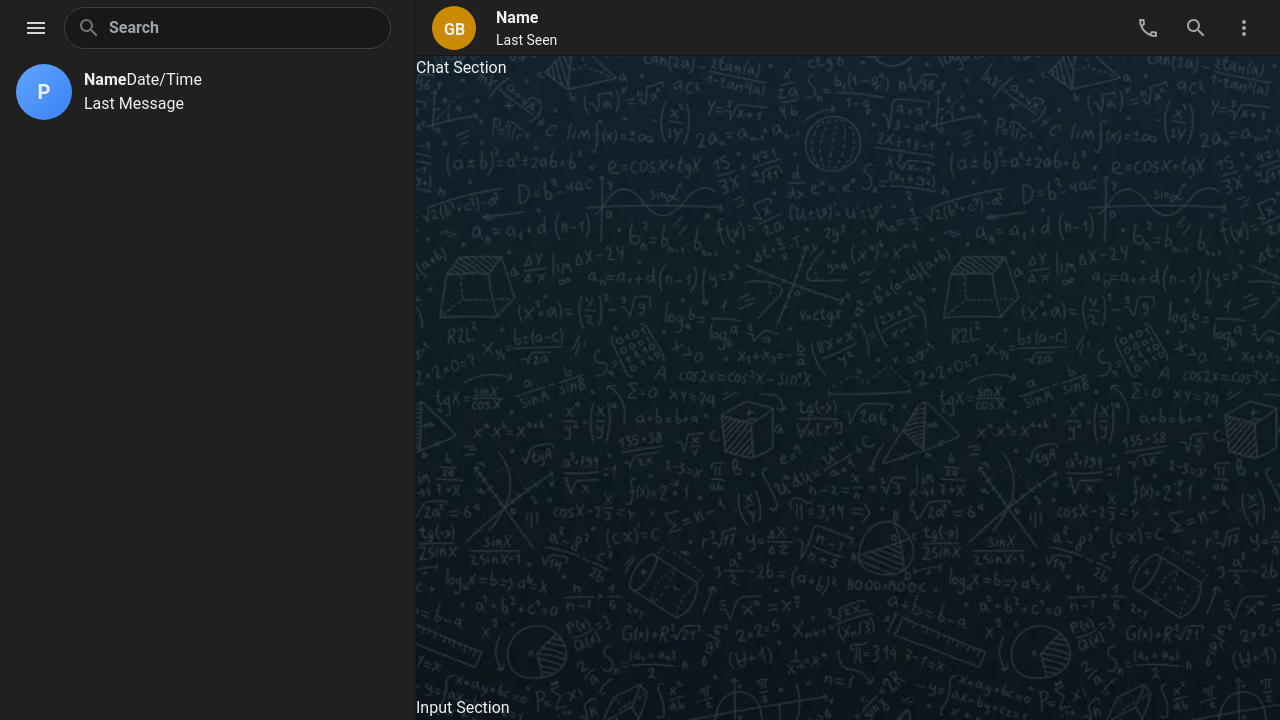
Repository: Qu4ntumGuy/telegram-clone
Page: /
An editor plug-in stored every save of this project. The page is shown before and after the next save, followed by the edit.
The browser window is 1280 px wide. The pictures show the whole page.
The page's requests for data from a server got no answer. The project was rebuilt for these pictures with package versions that can differ from the ones it lists, and the page was loaded fresh each time. No one was signed in, and anything a server would have sent is missing. Also part of the build but not shown: src/Pages/ChatPage.js/ChatPage.js.

Above is the page before, as saved 2024-07-15 13:50:12.

### src/index.css
@tailwind base;
@tailwind components;
@tailwind utilities;

:root {
  font-family: "Roboto", sans-serif;
  color-scheme: light;
  body {
    @apply bg-[#181818] text-[#f0f0f0];
  }
}
/*
:root {
  @apply bg-[#181818];
} */

### src/App.js
import { Routes, BrowserRouter, Route } from "react-router-dom";
import Sidebar from "./Components/Sidebar";
import Home from "./Pages/Home/Home";
import ChatPage from "./Pages/ChatPage.js/ChatPage";

function App() {
  return (
    <div className="flex max-w-[105rem] mx-auto">
      <Sidebar />
      <BrowserRouter>
        <Routes>
          <Route path="/" element={<Home />} />
          <Route path="/k/:id" element={<ChatPage />} />
        </Routes>
      </BrowserRouter>
      {/* <Home /> */}
    </div>
  );
}

export default App;

### src/Components/Sidebar.js
import React, { useEffect, useRef, useState } from "react";
import MenuIcon from "@mui/icons-material/Menu";
import SearchIcon from "@mui/icons-material/Search";
import axios from "axios";
import Chat from "./Chat";

function Sidebar() {
  const [page, setPage] = useState(1);
  const [channels, setChannels] = useState([]);
  const fetchChannels = async () => {
    try {
      const res = await axios.get(
        `https://devapi.beyondchats.com/api/get_all_chats?page=${page}`,
        {
          headers: {
            Accept: "application/json",
          },
        }
      );
      //   console.log(res);
      setChannels(res.data.data.data);
      console.log(res.data.data.data);
    } catch (error) {
      console.log(error);
    }
  };

  function formatString(str) {
    str = str.trim();
    const words = str.split(/\s+/);
    if (words.length === 1) {
      return words[0].charAt(0).toUpperCase();
    } else if (words.length === 2) {
      return (
        words[0].charAt(0).toUpperCase() + words[1].charAt(0).toUpperCase()
      );
    } else {
      return (
        words[0].charAt(0).toUpperCase() +
        words[words.length - 1].charAt(0).toUpperCase()
      );
    }
  }

  useEffect(() => {
    fetchChannels();
  }, []);

  const ref = useRef();
  return (
    <div className="w-full md:max-w-[26rem] bg-[#202020] border-r border-[#181818] h-screen">
      <div className="flex items-center justify-start px-4 h-14 w-full">
        <div className="px-2 text-stone-300">
          <MenuIcon />
        </div>

        <div className="flex items-center justify-start border text-stone-500 w-full px-3 mx-2 border-stone-700 rounded-full p-2 bg-[#181818]">
          <div className="w-auto">
            <SearchIcon />
          </div>
          <form className="w-full text-white font-semibold">
            <input
              className=" w-full bg-inherit pl-2 focus:outline-none"
              placeholder="Search"
            />
            <div className="w-full bg-inherit pl-2"></div>
          </form>
        </div>
      </div>
      <div className=" overflow-y-auto">
        <Chat />
      </div>
    </div>
  );
}

export default Sidebar;

### src/Pages/Home/Home.js
import React from "react";
import backgroundImage from "../../Assets/Desktop.webp";
import Topbar from "../../Components/Topbar";

function Home() {
  const image =
    "https://blog.1a23.com/wp-content/uploads/sites/2/2020/02/pattern_02-150x150.png";

  //   const divStyle = {
  //     width: "100%",
  //     height: "100vh", // Adjust the height as needed
  //     backgroundImage: `url(${backgroundImage})`,
  //     backgroundSize: "cover", // Ensures the image covers the entire div
  //     backgroundPosition: "center", // Centers the image
  //   };
  return (
    <div
      className="md:flex flex-col justify-center bg-cover h-screen hidden md:w-full "
      style={{ backgroundImage: `url(${backgroundImage})` }}
    >
      <div className="top-0 mb-auto h-14 bg-[#202020] border-b border-[#181818]">
        <Topbar />
      </div>
      <div className="flex flex-col h-full">
        <div className="top-0">Chat Section</div>
        <div className="bottom-0 mt-auto">Input Section</div>
      </div>
    </div>
  );
}

export default Home;

### src/Components/Chat.js
import React from "react";

function Chat({ name, profile }) {
  return (
    <div className="flex items-center hover:bg-stone-700 hover:bg-opacity-30 p-2 mx-2 rounded-lg">
      <div className="flex justify-center items-center text-xl font-semibold bg-gradient-to-br from-blue-400 rounded-full w-14 h-14 to-blue-500">
        P
      </div>
      <div className="flex flex-col ml-3">
        <div className="flex">
          <div className="font-semibold w-full">Name</div>
          <div>Date/Time</div>
        </div>
        <div>Last Message</div>
      </div>
    </div>
  );
}

export default Chat;

### src/Components/Topbar.js
import React from "react";
import CallOutlinedIcon from "@mui/icons-material/CallOutlined";
import SearchIcon from "@mui/icons-material/Search";
import MoreVertIcon from "@mui/icons-material/MoreVert";

function Topbar() {
  return (
    <div className="flex px-4 h-14">
      <div className="flex-1 flex items-center">
        <div className="bg-yellow-600 p-3 rounded-full h-11 w-11 text-center align-middle font-bold">
          <div className="text-center align-middle">GB</div>
        </div>
        <div className="flex flex-col pl-5 w-full">
          <div className="font-semibold">Name</div>
          <div className="text-sm"> Last Seen</div>
        </div>
      </div>
      <div className="flex items-center space-x-2 font-bold pl-3 text-stone-400">
        <div className=" rounded-full cursor-pointer hover:bg-stone-700 hover:bg-opacity-30 p-2">
          <CallOutlinedIcon />
        </div>
        <div className=" rounded-full cursor-pointer hover:bg-stone-700 hover:bg-opacity-30 p-2">
          <SearchIcon />
        </div>
        <div className=" rounded-full cursor-pointer hover:bg-stone-700 hover:bg-opacity-30 p-2">
          <MoreVertIcon />
        </div>
      </div>
    </div>
  );
}

export default Topbar;

Loaded but not shown: public/index.html (common file); src/index.js (common file); src/reportWebVitals.js (common file); tailwind.config.js (common file)

After the next save:
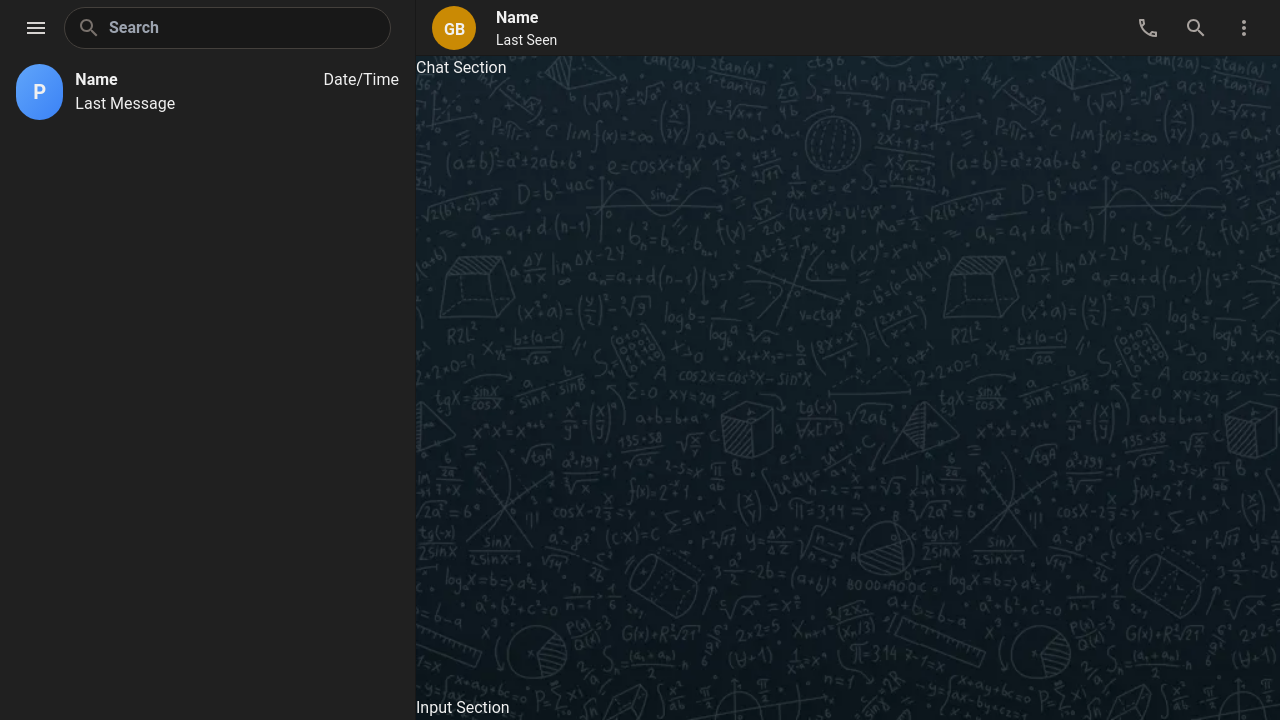
Saved 20 s later.
--- a/src/Components/Chat.js
+++ b/src/Components/Chat.js
@@ -6,7 +6,7 @@
       <div className="flex justify-center items-center text-xl font-semibold bg-gradient-to-br from-blue-400 rounded-full w-14 h-14 to-blue-500">
         P
       </div>
-      <div className="flex flex-col ml-3">
+      <div className="flex flex-col ml-3 w-full">
         <div className="flex">
           <div className="font-semibold w-full">Name</div>
           <div>Date/Time</div>

After the save that followed:
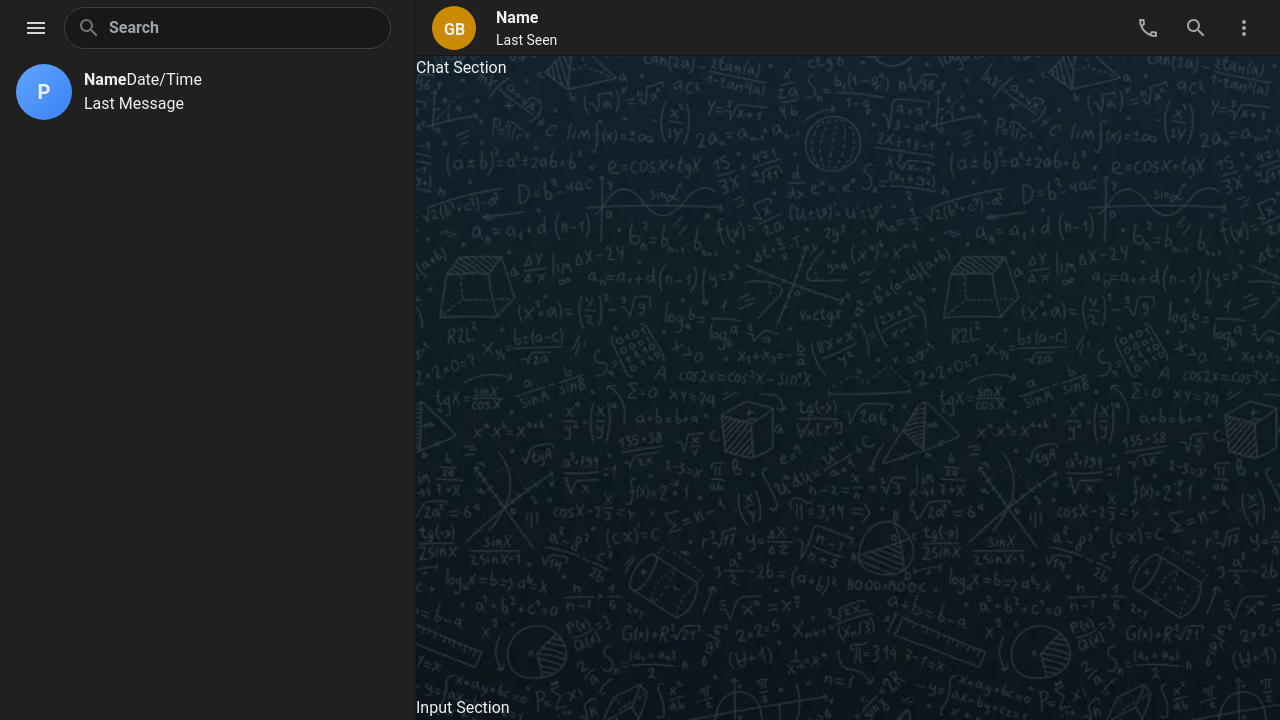
Saved 23 s later.
--- a/src/Components/Chat.js
+++ b/src/Components/Chat.js
@@ -6,7 +6,7 @@
       <div className="flex justify-center items-center text-xl font-semibold bg-gradient-to-br from-blue-400 rounded-full w-14 h-14 to-blue-500">
         P
       </div>
-      <div className="flex flex-col ml-3 w-full">
+      <div className="flex flex-col ml-3">
         <div className="flex">
           <div className="font-semibold w-full">Name</div>
           <div>Date/Time</div>
